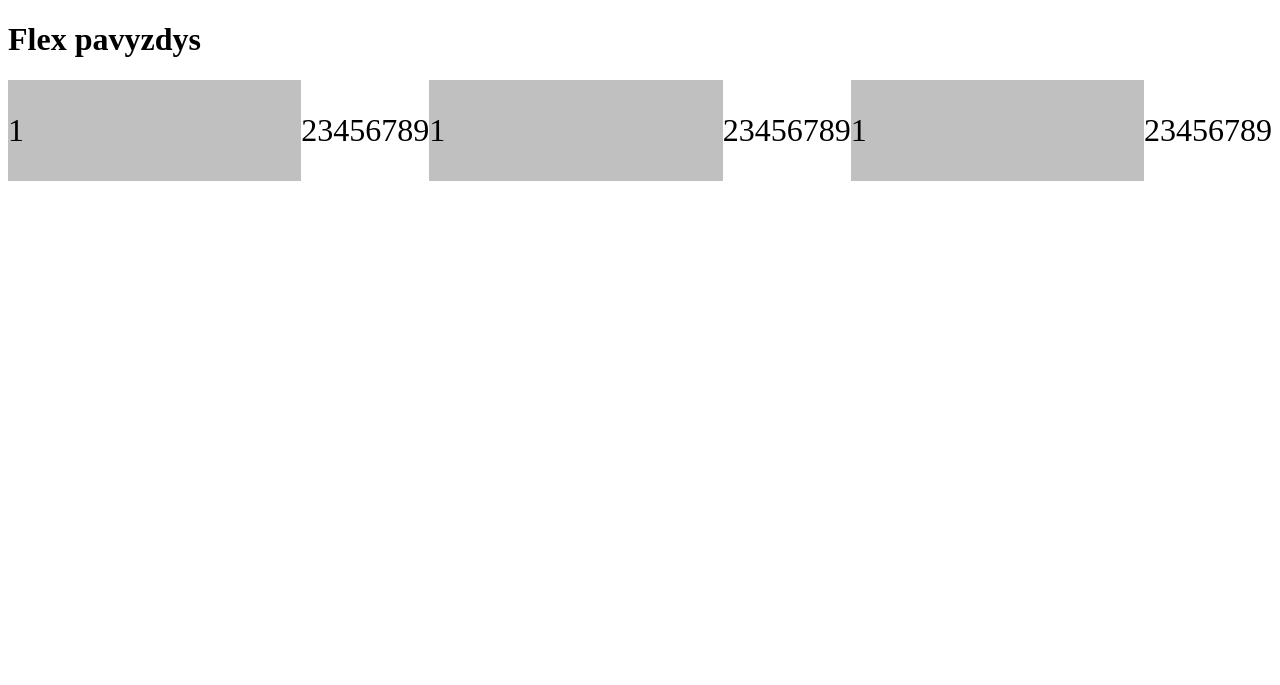
Repository: motiejus1/06-paskaita-invest
Page: index.html
These files come from the project's save history. The page is drawn as it stood at one moment and after the next save; the edit follows.
The browser window is 1280 px wide. The pictures show the whole page.

Above is the page before, as saved 2021-06-09 18:34:02.

After the next save:
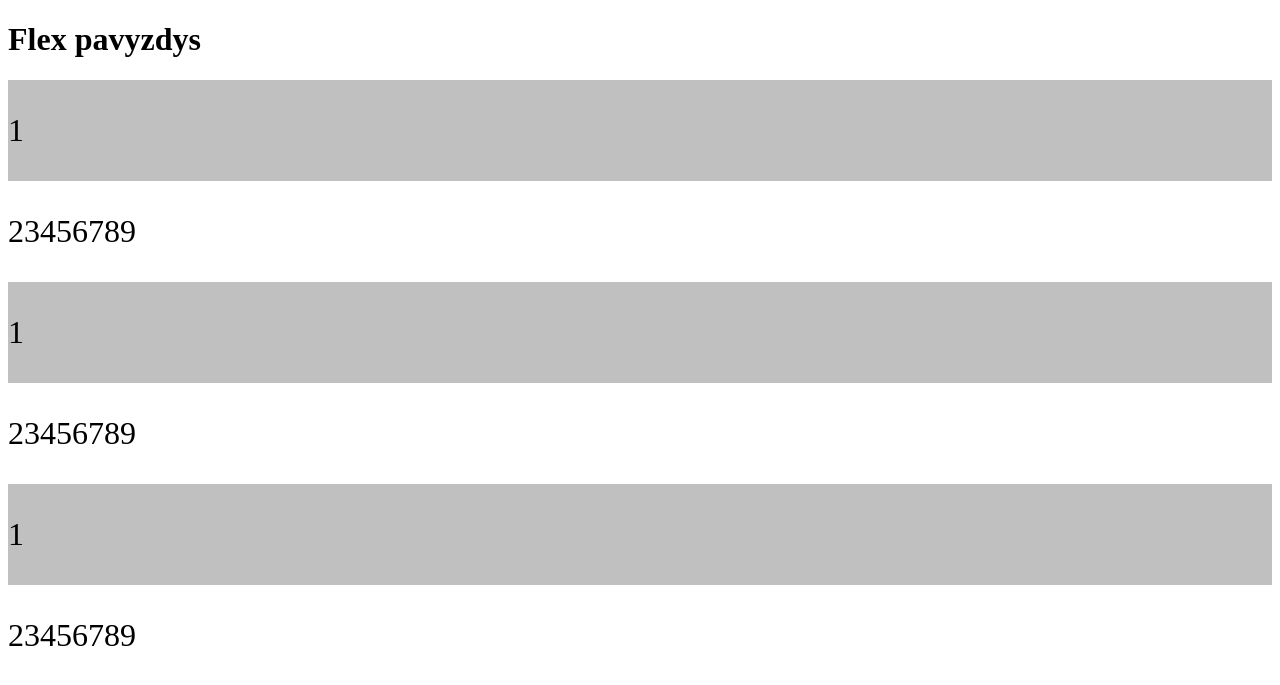
Saved 7 s later.
--- a/index.html
+++ b/index.html
@@ -9,7 +9,7 @@
         .flex-container {
             display: flex;
             flex-direction:row;
-            flex-
+            flex-wrap: wrap;
         }
 
         .flex-item-1 {
